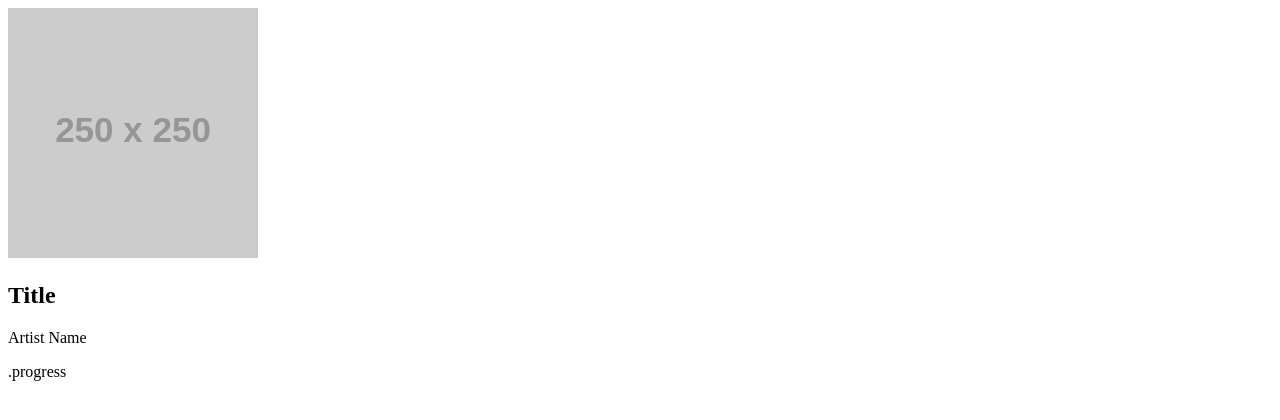
Repository: Abdulahi338/mp3-player-using-js
Page: AudioPlayer/index.html
The author's editor kept a copy of each file at every save. The page is drawn from the files as they stood at one save, then again after the next save.
The browser window is 1280 px wide. The pictures show the whole page.

Above is the page before, as saved 2025-02-01 19:28:48.

After the next save:
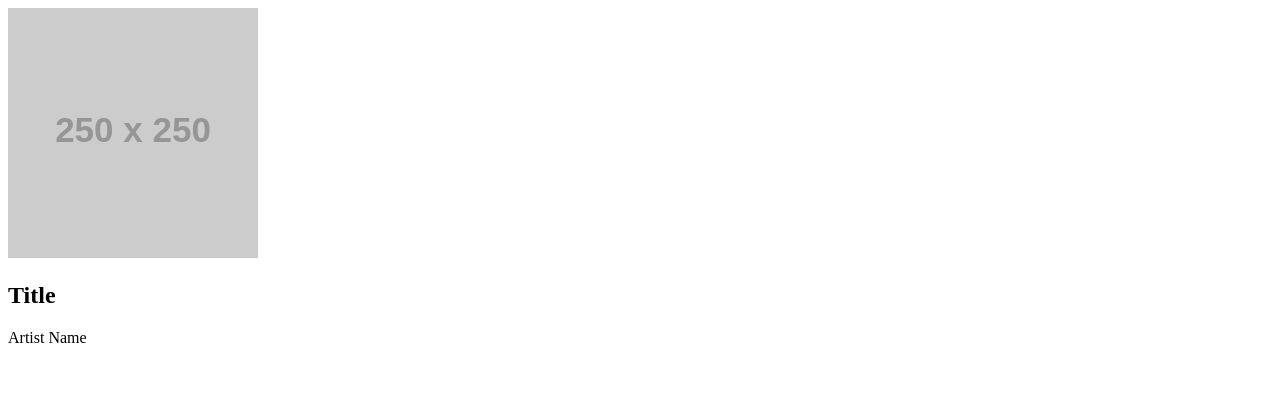
Saved 5 s later.
--- a/AudioPlayer/index.html
+++ b/AudioPlayer/index.html
@@ -13,7 +13,9 @@
             <h2 id="title">Title</h2>
             <p id="artist">Artist Name</p>
         </div>
-        .progress
+        <div class="progress-container">
+
+        </div>
     </div>
   <script src="mian.js"></script>
 </body>
